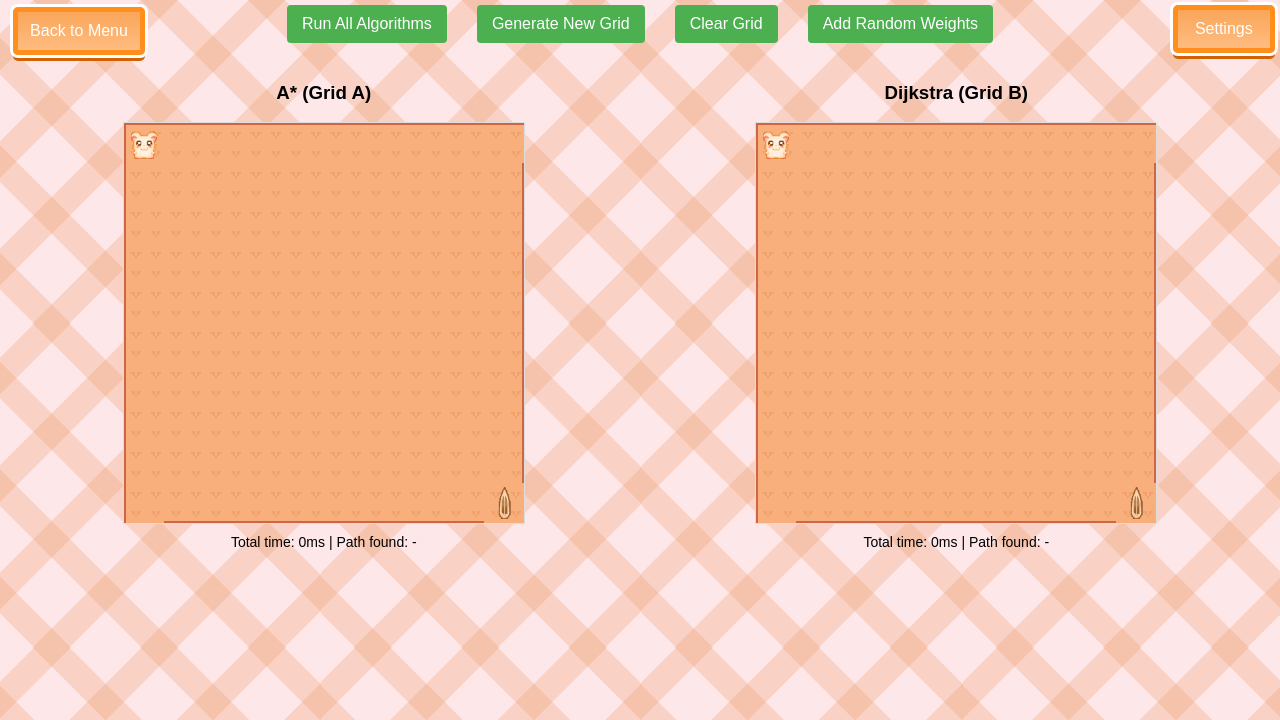
Repository: ramosfranz/Hamster-Crossing
Page: src/game.html
These files come from the project's save history. The page is drawn as it stood at one moment and after the next save; the edit follows.
The browser window is 1280 px wide. The pictures show the whole page.
Some web fonts or font styles are not loaded; a fallback is used.

Above is the page before, as saved 2025-05-09 22:18:13.

### src/game.html
<!DOCTYPE html>
<html lang="en">
<head>
    <meta charset="UTF-8">
    <meta name="viewport" content="width=device-width, initial-scale=1.0">
    <link rel="preconnect" href="https://fonts.googleapis.com">
    <link rel="preconnect" href="https://fonts.gstatic.com" crossorigin>
    <link href="https://fonts.googleapis.com/css2?family=Jersey+10+Charted&family=Jersey+20&family=Jersey+25+Charted&display=swap" rel="stylesheet">
    <title>Hamster Crossing</title>
    <link rel="icon" type="image/x-icon" href="assets/images/favicon.ico">
    <link rel="stylesheet" href="styles/gameStyle.css">
</head>
<body>
    <div class="header-buttons">
        <a class="pixelButton" id="backButton" href="hamsterMenu.html">Back to Menu</a>
        <button class="pixelButton" id="settingsButton">Settings</button>
    </div>

    <!-- Settings Popup -->
    <div id="settingsPopup" class="popup">
        <div class="popup-content">
            <span class="close-popup">&times;</span>
            <h3>Settings</h3>

            <div class="setting-item">
                <label for="volumeSlider">Adjust Volume:</label>
                <input type="range" id="volumeSlider" min="0" max="100" value="50">
            </div>

            <div class="setting-item">
                <label for="hamsterDropdown">Change Hamster:</label>
                <select id="hamsterDropdown">
                    <option value="hamster1">Default Hamster</option>
                    <option value="hamster2">Speedy Hamster</option>
                    <option value="hamster3">Colorful Hamster</option>
                </select>
            </div>

            <div class="setting-item">
                <label>Number of Grids: <span class="grid-count-value">2</span></label>
                <div class="grid-count-container">
                    <input type="range" id="gridCount" min="1" max="5" value="2">
                </div>
            </div>

            <div id="gridSettings">
                <!-- Grid settings will be added here dynamically -->
            </div>

            <button id="applySettings">Apply Settings</button>
        </div>
    </div>
    <div id="controls">
        <button id="runButton">Run All Algorithms</button>
        <button id="generateButton">Generate New Grid</button>
        <button id="clearButton">Clear Grid</button>
        <button id="addWeightsButton">Add Random Weights</button>
    </div>

    <button id="stopButton">Stop and Clear Searching</button>

    <div id="grids-container">
        <!-- Grids will be added here dynamically -->
    </div>

    <script type="module" src="js/app.js"></script>
</body>
</html>

### src/styles/gameStyle.css
html, body {
    font-family: "Jersey 20", sans-serif;
    margin: 0;
    padding: 0;
    height: 100%;
    scroll-behavior: smooth;
    background-image:  url(../assets/images/backgrounds/bg_hamu.png);
    background-size: auto, auto, 20%;
    background-repeat: auto, auto, space;
    image-rendering: pixelated;
}


.pixelButton {
    padding: 10px 5%;
    margin-bottom: 3%;
    font-size: 1.5rem;
    color: #fff;
    border: 5px solid #ff8e1c;
    border-radius: 4px;
    background: linear-gradient(to bottom, #f9a65a, #ffbc80);
    box-shadow:
        0 0 0 3px #fff,
        0 6px #d36102;
    cursor: pointer;
    text-align: center;
    font-family: "Jersey 20", sans-serif;
    width: 100%;
    transition: transform 0.1s ease, box-shadow 0.1s ease;
    image-rendering: pixelated;
}

.pixelButton:hover {
    background: linear-gradient(to bottom, #ffa9b8, #ff605f);
    border-color: #ff1a14;
}

.pixelButton:active {
    transform: translateY(4px);
    box-shadow: 0 0 #000;
}


.menu {
    margin-bottom: 20px;
}
button {
    padding: 10px 20px;
    font-size: 16px;
    margin: 5px;
    cursor: pointer;
}


#controls {
    display: flex;
    justify-content: center;
    gap: 20px;
    flex-wrap: wrap;
}
#grids-container {
    display: flex;
    flex-wrap: wrap;
    justify-content: center;
    gap: 20px;
}
.canvas-container {
    display: flex;
    flex-direction: column;
    align-items: center;
    position: relative;
}
.timer {
    margin-top: 10px;
    font-size: 14px;
    text-align: center;
}
#warning {
    color: red;
    font-weight: bold;
    margin: 10px 0;
    text-align: center;
}
#stopButton {
    display: none;
    padding: 10px;
    background-color: red;
    color: white;
    border: none;
    cursor: pointer;
    border-radius: 5px;
    margin: 0 auto;
}
#backButton {
    width: 8%;
    position: fixed;
    left: 1%;
    top: 1%;
    padding: 10px;
    cursor: pointer;
    text-decoration: none;
    font-size: 16px;
    border-radius: 5px;
}

#settingsButton {
    position: fixed;
    width: 8%;
    right: -0%;
    padding: 10px;
    border-radius: 5px;
    cursor: pointer;
    font-size: 16px;
}

button {
    padding: 10px 15px;
    background-color: #4CAF50;
    color: white;
    border: none;
    border-radius: 4px;
    cursor: pointer;
    font-size: 16px;
}
button:hover {
    background-color: #45a049;
}
button:disabled {
    background-color: #cccccc;
    cursor: not-allowed;
}
.weight {
    position: absolute;
    font-size: 10px;
    font-weight: bold;
    color: black;
    pointer-events: none;
}

.header-buttons {
    display: flex;
    justify-content: space-between;
}


.popup {
    display: none;
    position: fixed;
    top: 0;
    left: 0;
    width: 100%;
    height: 100%;
    background-color: rgba(0,0,0,0.5);
    z-index: 1000;
}

.popup-content {
    background-color: white;
    margin: 10% auto;
    padding: 20px;
    width: 50%;
    max-width: 500px;
    border-radius: 8px;
    position: relative;
}

.close-popup {
    position: absolute;
    top: 10px;
    right: 20px;
    font-size: 24px;
    cursor: pointer;
}

.setting-item {
    margin: 15px 0;
}

.setting-item label {
    display: block;
    margin-bottom: 5px;
    font-weight: bold;
}

.setting-item input[type="range"],
.setting-item select,
.setting-item input[type="number"] {
    width: 100%;
    padding: 8px;
    border: 1px solid #ddd;
    border-radius: 4px;
}

#applySettings {
    margin-top: 20px;
    padding: 10px 15px;
    background-color: #4CAF50;
    color: white;
    border: none;
    border-radius: 4px;
    cursor: pointer;
    width: 100%;
}

#applySettings:hover {
    background-color: #45a049;
}

.grid-algorithm-select {
    margin-top: 10px;
}


.popup-content {
    width: 90%;
    max-width: 400px;
    margin: 5% auto;
    padding: 15px;
}

#gridCount {
    width: 100%;
    margin-top: 5px;
}

.grid-count-container {
    display: flex;
    align-items: center;
    gap: 10px;
}

.grid-count-value {
    font-weight: bold;
}

#grids-container {
    display: grid;
    grid-template-columns: repeat(auto-fit, minmax(200px, 1fr));
    gap: 15px;
    padding: 15px;
    width: 100%;
    box-sizing: border-box;
    justify-content: center;
}

/* Grid selection layout */
.grid-selection-row {
    display: flex;
    gap: 15px;
    margin-bottom: 15px;
}

.grid-selection-item {
    flex: 1;
    min-width: 120px;
}

.grid-selection-item.disabled {
    opacity: 0.6;
    pointer-events: none;
}

.grid-selection-item label {
    display: block;
    margin-bottom: 5px;
    color: #333;
}

.grid-selection-item select {
    width: 100%;
    padding: 6px;
    border: 1px solid #ddd;
    border-radius: 4px;
    background: white;
}

.grid-selection-item.disabled select {
    background: #f5f5f5;
}

.canvas-container {
    position: relative;
    width: 100%;
    max-width: 400px;
    margin: 0 auto;
}


.canvas-container canvas {
    width: 100%;
    height: auto;
    aspect-ratio: 1;
    border: 1px solid #ddd;
}

@media (max-width: 600px) {
    #grids-container {
        grid-template-columns: 1fr;
    }

    .popup-content {
        width: 90%;
        margin: 20px auto;
    }
}

@media (min-width: 601px) and (max-width: 1200px) {
    #grids-container {
        grid-template-columns: repeat(auto-fit, minmax(250px, 1fr));
    }
}

/* Modify existing grid count input */
#gridCount[type="range"] {
    -webkit-appearance: none;
    width: 100%;
    height: 8px;
    background: #ddd;
    border-radius: 4px;
}

#gridCount[type="range"]::-webkit-slider-thumb {
    -webkit-appearance: none;
    width: 20px;
    height: 20px;
    background: #4CAF50;
    border-radius: 50%;
    cursor: pointer;
}

### src/js/app.js
import { initializeGrid } from './manager/gridManager.js';
import { setupEventListeners, renderGrids } from './manager/domManager.js';
import { setupSettingsEventListeners } from './popup/settingsPopUp.js';
import { drawGrid, initializeVisualizer } from './animation/visualizer.js';
import { loadSeedImages, startSeedAnimation } from './animation/seedAnimation.js';

export function init() {
    loadSeedImages(() => {
        startSeedAnimation();
    });
    setupSettingsEventListeners();
    setupEventListeners();
    initializeGrid();
    initializeVisualizer();
    renderGrids();
    drawGrid();


    window.addEventListener('resize', () => {
        drawGrid();
    });
}

document.addEventListener('DOMContentLoaded', init);

### src/js/animation/visualizer.js
import { rows, cols, getGrid, getGoal, getStart } from '../manager/gridManager.js';
import { sleep } from '../algorithms/utils.js';
import {
    seedImagesLoaded,
    drawSeedGoal,
    startSeedAnimation,
    stopSeedAnimation,
    loadSeedImages,
    redrawSeedOverPath,
    setGoalReached,
} from './seedAnimation.js';

export const canvases = {};
export const ctx = {};
const visitedCells = [];
export const GROUND_SPRITE_WIDTH = 40;
export const GROUND_SPRITE_HEIGHT = 40;
const HAMSTER_SPRITE_WIDTH = 69;
const HAMSTER_SPRITE_HEIGHT = 82;
const ANIMATION_FRAMES = 2;

// Sprite sheets
export const spriteSheet = new Image();
spriteSheet.src = 'assets/images/sprites/hamu_ground.png';

const hamsterSpriteSheet = new Image();
hamsterSpriteSheet.src = 'assets/images/sprites/hamu_sprite.png';

// Animation frames
const SPRITE_MAP = {
    front: { transition: [0, 0], animation: [[0, 1], [0, 2]] },
    back: { transition: [0, 3], animation: [[0, 4], [0, 5]] },
    left: { transition: [1, 0], animation: [[1, 1], [1, 2]] },
    right: { transition: [1, 3], animation: [[1, 4], [1, 5]] }
};

export function registerCanvas(gridId, canvas) {
    canvases[gridId] = canvas;
    ctx[gridId] = canvas.getContext('2d');
}

export function drawGrid() {
    const grid = getGrid();
    const startPos = getStart();
    const goalPos = getGoal();

    if (!grid || !grid.length) {
        console.error("Grid is not properly initialized");
        return;
    }

    for (const algorithmId in ctx) {
        const currentCtx = ctx[algorithmId];
        const canvas = canvases[algorithmId];
        const cellSize = Math.min(canvas.width / cols, canvas.height / rows);

        // Clear canvas first
        currentCtx.clearRect(0, 0, canvas.width, canvas.height);

        // Draw grid cells
        for (let y = 0; y < rows; y++) {
            for (let x = 0; x < cols; x++) {
                const cell = grid[y][x];
                let sx, sy;

                if (cell.wall) {
                    // Wall sprites
                    if (x === 0 && y === 0) {
                        sx = 3 * GROUND_SPRITE_WIDTH;
                        sy = 0;
                    } else if (x === cols - 1 && y === rows - 1) {
                        sx = 5 * GROUND_SPRITE_WIDTH;
                        sy = 2 * GROUND_SPRITE_HEIGHT;
                    } else if (x === 0) {
                        sx = 3 * GROUND_SPRITE_WIDTH;
                        sy = GROUND_SPRITE_HEIGHT;
                    } else if (y === 0) {
                        sx = 4 * GROUND_SPRITE_WIDTH;
                        sy = 0;
                    } else if (y === rows - 1) {
                        sx = 4 * GROUND_SPRITE_WIDTH;
                        sy = 2 * GROUND_SPRITE_HEIGHT;
                    } else if (x === cols - 1) {
                        sx = 5 * GROUND_SPRITE_WIDTH;
                        sy = GROUND_SPRITE_HEIGHT;
                    } else {
                        sx = 4 * GROUND_SPRITE_WIDTH;
                        sy = GROUND_SPRITE_HEIGHT;
                    }
                } else {
                    // Ground sprites
                    if (x === 0 && y === 0) {
                        sx = 0;
                        sy = 0;
                    } else if (x === cols - 1 && y === rows - 1) {
                        sx = 2 * GROUND_SPRITE_WIDTH;
                        sy = 2 * GROUND_SPRITE_HEIGHT;
                    } else if (x === 0) {
                        sx = 0;
                        sy = GROUND_SPRITE_HEIGHT;
                    } else if (y === 0) {
                        sx = GROUND_SPRITE_WIDTH;
                        sy = 0;
                    } else if (x === cols - 1) {
                        sx = 2 * GROUND_SPRITE_WIDTH;
                        sy = GROUND_SPRITE_HEIGHT;
                    } else if (y === rows - 1) {
                        sx = GROUND_SPRITE_WIDTH;
                        sy = 2 * GROUND_SPRITE_HEIGHT;
                    } else {
                        sx = GROUND_SPRITE_WIDTH;
                        sy = GROUND_SPRITE_HEIGHT;
                    }
                }

                currentCtx.drawImage(
                    spriteSheet,
                    sx, sy, GROUND_SPRITE_WIDTH, GROUND_SPRITE_HEIGHT,
                    x * cellSize, y * cellSize, cellSize, cellSize
                );

                if (!cell.wall && cell.weight > 1) {
                    currentCtx.fillStyle = "black";
                    currentCtx.font = "12px Arial";
                    currentCtx.textAlign = "center";
                    currentCtx.textBaseline = "middle";
                    currentCtx.fillText(
                        cell.weight.toString(),
                        x * cellSize + cellSize / 2,
                        y * cellSize + cellSize / 2
                    );
                }
            }
        }


    // Draw seeds for all canvases
    for (const algorithmId in ctx) {
        const currentCtx = ctx[algorithmId];
        const canvas = canvases[algorithmId];
        const cellSize = Math.min(canvas.width / cols, canvas.height / rows);

        // Only draw the seed during initial grid drawing if we're not animating
        if (seedImagesLoaded) {
            drawSeedGoal(currentCtx, goalPos, cellSize);
        }
    }

    // Draw hamster
    if (hamsterSpriteSheet.complete) {
        const scaleFactor = Math.min(cellSize / HAMSTER_SPRITE_HEIGHT, cellSize / HAMSTER_SPRITE_WIDTH) * 0.8;
        const scaledWidth = HAMSTER_SPRITE_WIDTH * scaleFactor;
        const scaledHeight = HAMSTER_SPRITE_HEIGHT * scaleFactor;

        currentCtx.drawImage(
            hamsterSpriteSheet,
            0, 0, HAMSTER_SPRITE_WIDTH, HAMSTER_SPRITE_HEIGHT,
            startPos.x * cellSize + (cellSize - scaledWidth) / 2,
            startPos.y * cellSize + (cellSize - scaledHeight) / 2,
            scaledWidth,
            scaledHeight
        );
    }
}
}

export async function drawPathWithHead(ctx, cameFrom, current, lineColor, headColor) {
    const path = [];
    const canvas = ctx.canvas;
    const cellSize = Math.min(canvas.width / cols, canvas.height / rows);
    const goalPos = getGoal();

    const algorithmId = canvas.id || "unknown";

    // Reset goal reached for this algorithm
    setGoalReached(algorithmId, false);;

    // Reconstruct path
    while (cameFrom[`${current.x},${current.y}`]) {
        path.push(current);
        current = cameFrom[`${current.x},${current.y}`];
    }
    path.push(current); // Add the start position
    path.reverse();

    // Add goal cell to path if it's not already there
    const lastCell = path[path.length - 1];
    if (!(lastCell.x === goalPos.x && lastCell.y === goalPos.y)) {
        path.push(goalPos); // Ensure the path includes the goal
    }

    let frameIndex = 0;
    for (let i = 0; i < path.length; i++) {
        const cell = path[i];

        // Fill the cell with the path color
        ctx.fillStyle = lineColor;
        ctx.fillRect(cell.x * cellSize, cell.y * cellSize, cellSize, cellSize);

        // If we're at a previous step in the path, redraw those cells to maintain path visibility
        for (let j = 0; j < i; j++) {
            const prevCell = path[j];
            ctx.fillStyle = lineColor;
            ctx.fillRect(prevCell.x * cellSize, prevCell.y * cellSize, cellSize, cellSize);
        }

        // Draw hamster on current cell
        const direction = getMovementDirection(path, i, cell);
        const spriteFrame = getSpriteFrame(direction, i, frameIndex % ANIMATION_FRAMES);

        if (hamsterSpriteSheet.complete) {
            const scaleFactor = Math.min(cellSize / HAMSTER_SPRITE_HEIGHT, cellSize / HAMSTER_SPRITE_WIDTH) * 0.8;
            const scaledWidth = HAMSTER_SPRITE_WIDTH * scaleFactor;
            const scaledHeight = HAMSTER_SPRITE_HEIGHT * scaleFactor;

            ctx.drawImage(
                hamsterSpriteSheet,
                spriteFrame[1] * HAMSTER_SPRITE_WIDTH,
                spriteFrame[0] * HAMSTER_SPRITE_HEIGHT,
                HAMSTER_SPRITE_WIDTH,
                HAMSTER_SPRITE_HEIGHT,
                cell.x * cellSize + (cellSize - scaledWidth) / 2,
                cell.y * cellSize + (cellSize - scaledHeight) / 2,
                scaledWidth,
                scaledHeight
            );
        }

        // If this is the goal, the hamster should remain visible
        // We won't redraw the seed animation here
        if (cell.x === goalPos.x && cell.y === goalPos.y) {
            // We've reached the goal - let's make sure the hamster stays visible
            // by not calling redrawSeedOverPath() here
            setGoalReached(algorithmId, true);

            // If you want to draw a ground sprite under the hamster, do it here:
            const grid = getGrid();
            const goalCell = grid[goalPos.y][goalPos.x];

            // First draw the ground under the hamster
            let sx, sy;
            if (goalCell.wall) {
                sx = 4 * GROUND_SPRITE_WIDTH;
                sy = GROUND_SPRITE_HEIGHT;
            } else {
                sx = GROUND_SPRITE_WIDTH;
                sy = GROUND_SPRITE_HEIGHT;
            }

            // Draw the ground tile at goal position (this happens before hamster)
            ctx.drawImage(
                spriteSheet,
                sx, sy, GROUND_SPRITE_WIDTH, GROUND_SPRITE_HEIGHT,
                goalPos.x * cellSize, goalPos.y * cellSize, cellSize, cellSize
            );

            // Then re-draw the hamster at the goal position (this makes it appear on top)
            if (hamsterSpriteSheet.complete) {
                const scaleFactor = Math.min(cellSize / HAMSTER_SPRITE_HEIGHT, cellSize / HAMSTER_SPRITE_WIDTH) * 0.8;
                const scaledWidth = HAMSTER_SPRITE_WIDTH * scaleFactor;
                const scaledHeight = HAMSTER_SPRITE_HEIGHT * scaleFactor;

                ctx.drawImage(
                    hamsterSpriteSheet,
                    spriteFrame[1] * HAMSTER_SPRITE_WIDTH,
                    spriteFrame[0] * HAMSTER_SPRITE_HEIGHT,
                    HAMSTER_SPRITE_WIDTH,
                    HAMSTER_SPRITE_HEIGHT,
                    cell.x * cellSize + (cellSize - scaledWidth) / 2,
                    cell.y * cellSize + (cellSize - scaledHeight) / 2,
                    scaledWidth,
                    scaledHeight
                );
            }

            // We can also pause the animation if desired at this point
            // but we won't do that since you mentioned not wanting to stop the animation
        }

        frameIndex++;
        await sleep(200);
    }
}

function getMovementDirection(path, index, cell) {
    if (index === 0) return "front";
    const prevCell = path[index - 1];
    if (cell.x > prevCell.x) return "right";
    if (cell.x < prevCell.x) return "left";
    if (cell.y > prevCell.y) return "front";
    return "back";
}

function getSpriteFrame(direction, index, frameIndex) {
    const spriteFrames = SPRITE_MAP[direction];
    return index === 0 ? spriteFrames.transition : spriteFrames.animation[frameIndex];
}


// Initialize visualizer
export function initializeVisualizer() {
    drawGrid();
    loadSeedImages(drawGrid);
}

### src/js/manager/stateManager.js
export const settings = {
    volume: 50,
    hamster: 'hamster1',
    gridCount: 2,
    gridAlgorithms: ['aStar', 'dijkstra']
};

export let searchInProgress = false;
export const timers = {};

export function setSearchInProgress(value) {
    searchInProgress = value;
}

export function resetTimers() {
    for (const key in timers) {
        timers[key].textContent = "Total time: 0ms | Path found: -";
    }
}

### src/js/algorithms/utils.js
export const sleep = (ms) => new Promise(resolve => setTimeout(resolve, ms));

export const heuristic = (a, b) => Math.abs(a.x - b.x) + Math.abs(a.y - b.y);

export const getNeighbors = (grid, cols, rows) => ({ x, y }) => {
    const neighbors = [];
    if (x > 0 && !grid[y][x - 1].wall) neighbors.push(grid[y][x - 1]);
    if (x < cols - 1 && !grid[y][x + 1].wall) neighbors.push(grid[y][x + 1]);
    if (y > 0 && !grid[y - 1][x].wall) neighbors.push(grid[y - 1][x]);
    if (y < rows - 1 && !grid[y + 1][x].wall) neighbors.push(grid[y + 1][x]);
    return neighbors;
};

Loaded but not shown: src/js/manager/domManager.js (252 lines, source omitted); src/js/animation/seedAnimation.js (152 lines, source omitted); src/js/popup/settingsPopUp.js (104 lines, source omitted); src/js/algorithms/bellmanFord.js (72 lines, source omitted); src/js/algorithms/aStar.js (57 lines, source omitted); src/js/manager/gridManager.js (86 lines, source omitted); src/js/algorithms/dijkstra.js (54 lines, source omitted); src/js/algorithms/bfs.js (49 lines, source omitted); src/js/algorithms/dfs.js (49 lines, source omitted)

After the next save:
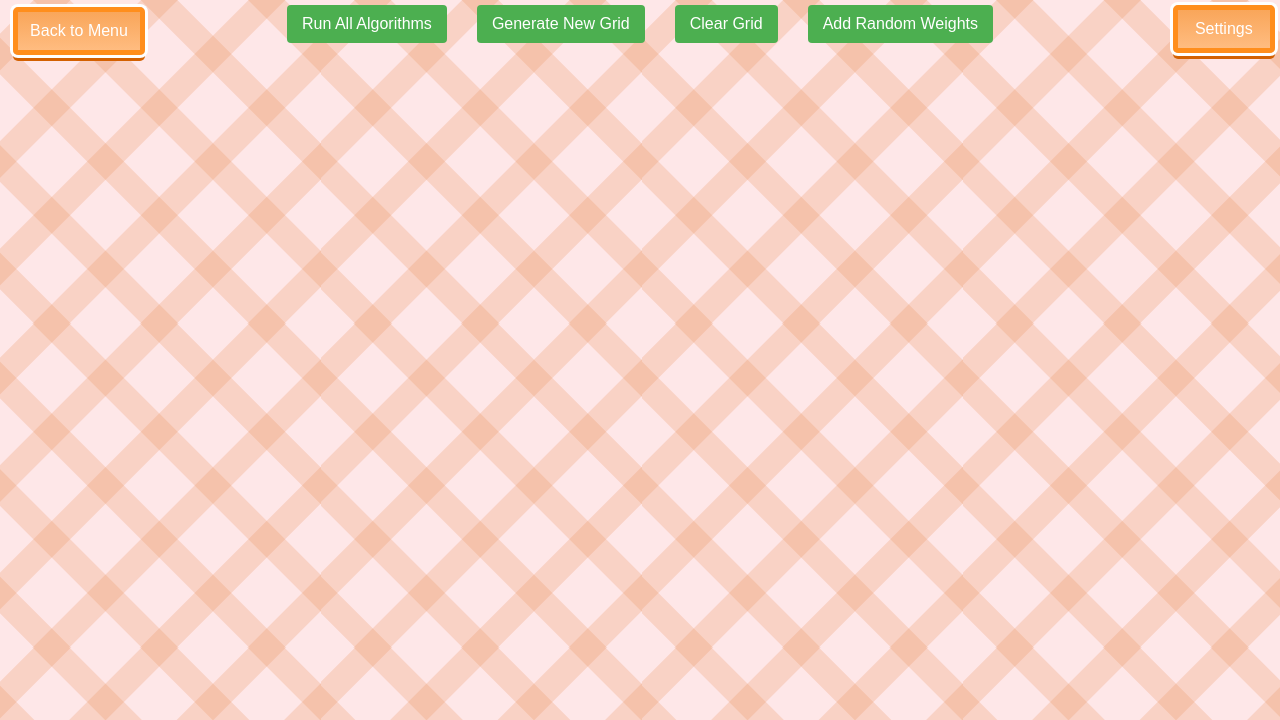
Console error: SyntaxError: Identifier 'rows' has already been declared
Saved 34 h 21 min later.
--- a/src/js/animation/visualizer.js
+++ b/src/js/animation/visualizer.js
@@ -9,6 +9,7 @@
     redrawSeedOverPath,
     setGoalReached,
 } from './seedAnimation.js';
+import { getHamsterAssets } from '../themeManager.js';
 
 export const canvases = {};
 export const ctx = {};
@@ -21,10 +22,7 @@
 
 // Sprite sheets
 export const spriteSheet = new Image();
-spriteSheet.src = 'assets/images/sprites/hamu_ground.png';
-
-const hamsterSpriteSheet = new Image();
-hamsterSpriteSheet.src = 'assets/images/sprites/hamu_sprite.png';
+export const hamsterSpriteSheet = new Image();
 
 // Animation frames
 const SPRITE_MAP = {
@@ -33,6 +31,63 @@
     left: { transition: [1, 0], animation: [[1, 1], [1, 2]] },
     right: { transition: [1, 3], animation: [[1, 4], [1, 5]] }
 };
+
+import { rows, cols, getGrid, getGoal, getStart } from '../manager/gridManager.js';
+import { sleep } from '../algorithms/utils.js';
+import {
+    seedImagesLoaded,
+    drawSeedGoal,
+    startSeedAnimation,
+    stopSeedAnimation,
+    loadSeedImages,
+    redrawSeedOverPath,
+    setGoalReached,
+} from './seedAnimation.js';
+// Import the theme management functionality from themeManager.js
+import { getHamsterAssets } from '../themeManager.js';
+
+export const canvases = {};
+export const ctx = {};
+const visitedCells = [];
+export const GROUND_SPRITE_WIDTH = 40;
+export const GROUND_SPRITE_HEIGHT = 40;
+const HAMSTER_SPRITE_WIDTH = 69;
+const HAMSTER_SPRITE_HEIGHT = 82;
+const ANIMATION_FRAMES = 2;
+
+// Sprite sheets - will be updated based on selected hamster
+export const spriteSheet = new Image();
+export const hamsterSpriteSheet = new Image();
+
+// Initialize with theme assets based on localStorage
+function initializeThemeAssets() {
+    // Get selected hamster from localStorage
+    const selectedHamster = localStorage.getItem("selectedHamster") || "hamu";
+
+    // Load assets based on the selected hamster
+    loadHamsterAssets(selectedHamster);
+
+    console.log(`Visualizer initialized with ${selectedHamster} theme`);
+}
+
+// Function to load assets for the selected hamster
+function loadHamsterAssets(selectedHamsterKey) {
+    // Get assets from themeManager.js
+    const hamsterAssets = getHamsterAssets(selectedHamsterKey);
+
+    // Update sprite sources
+    spriteSheet.src = hamsterAssets.ground;
+    hamsterSpriteSheet.src = hamsterAssets.sprite;
+
+    // Apply background if canvas container exists
+    const canvasContainer = document.querySelector('.canvas-container');
+    if (canvasContainer) {
+        canvasContainer.style.background = hamsterAssets.background;
+    }
+
+    console.log(`Loaded assets for ${selectedHamsterKey}:`, hamsterAssets);
+}
+
 
 export function registerCanvas(gridId, canvas) {
     canvases[gridId] = canvas;
